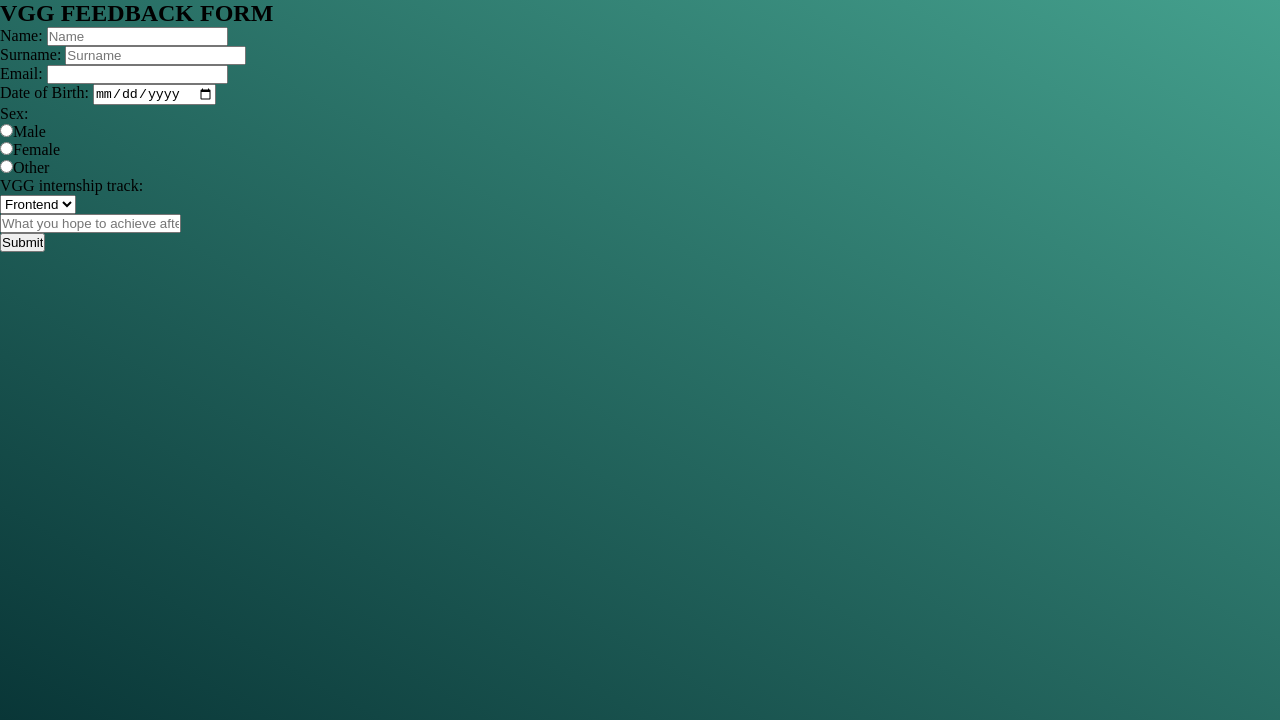
Repository: iphyokafor/VGG-Feedback-form
Page: index.html
The author's editor kept a copy of each file at every save. The page is drawn from the files as they stood at one save, then again after the next save.
The browser window is 1280 px wide. The pictures show the whole page.

Above is the page before, as saved 2020-01-12 20:37:18.

After the next save:
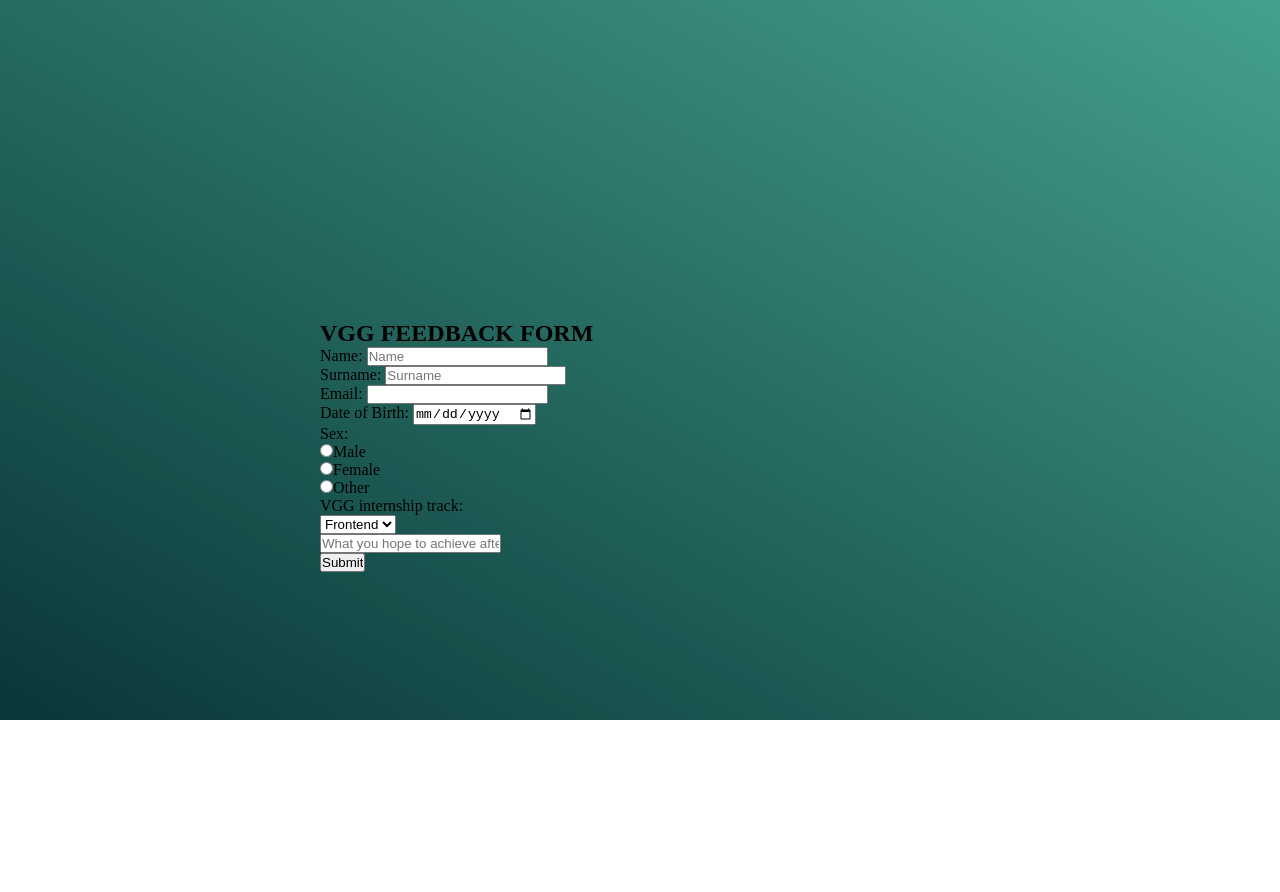
Saved 85 s later.
--- a/style.css
+++ b/style.css
@@ -16,4 +16,7 @@ body {
     box-shadow: 4px 5px 5px solid black;
 } */
 
-.container {}
+form {
+    margin: auto;
+    padding: 25%;
+}
